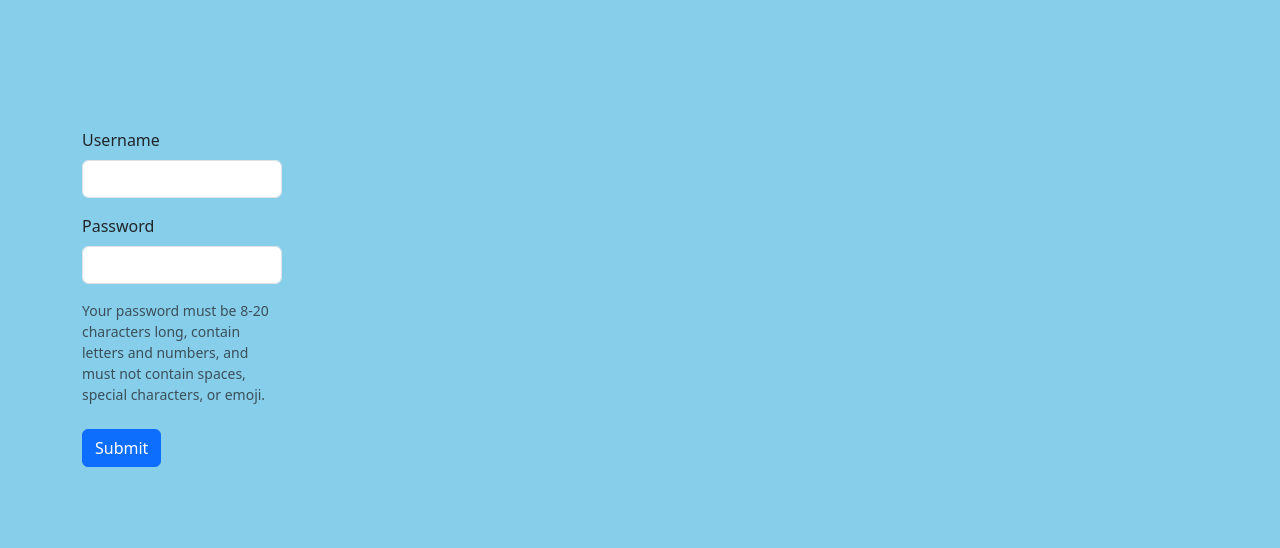
Repository: sarathraj2002/todo-list
Page: login.html
These files come from the project's save history. The page is drawn as it stood at one moment and after the next save; the edit follows.
The browser window is 1280 px wide. The pictures show the whole page.

Above is the page before, as saved 2024-09-05 11:02:13.

After the next save:
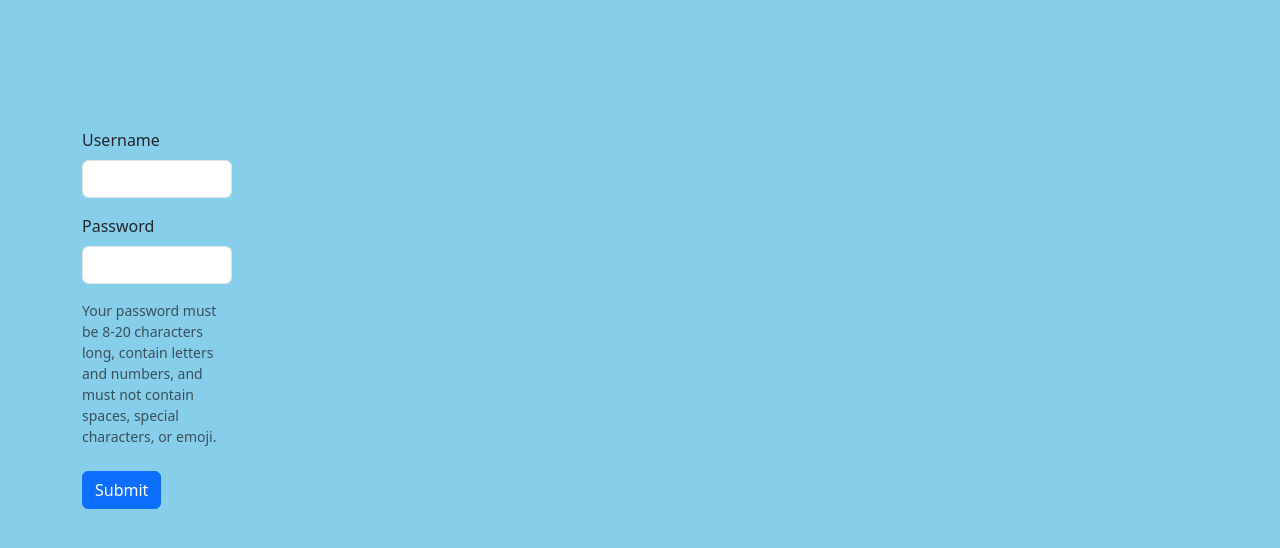
Saved 14 s later.
--- a/style.css
+++ b/style.css
@@ -9,5 +9,5 @@ body{
 }
 .form{
     height: 100px;
-    width: 200px;
+    width: 150px;
 }
